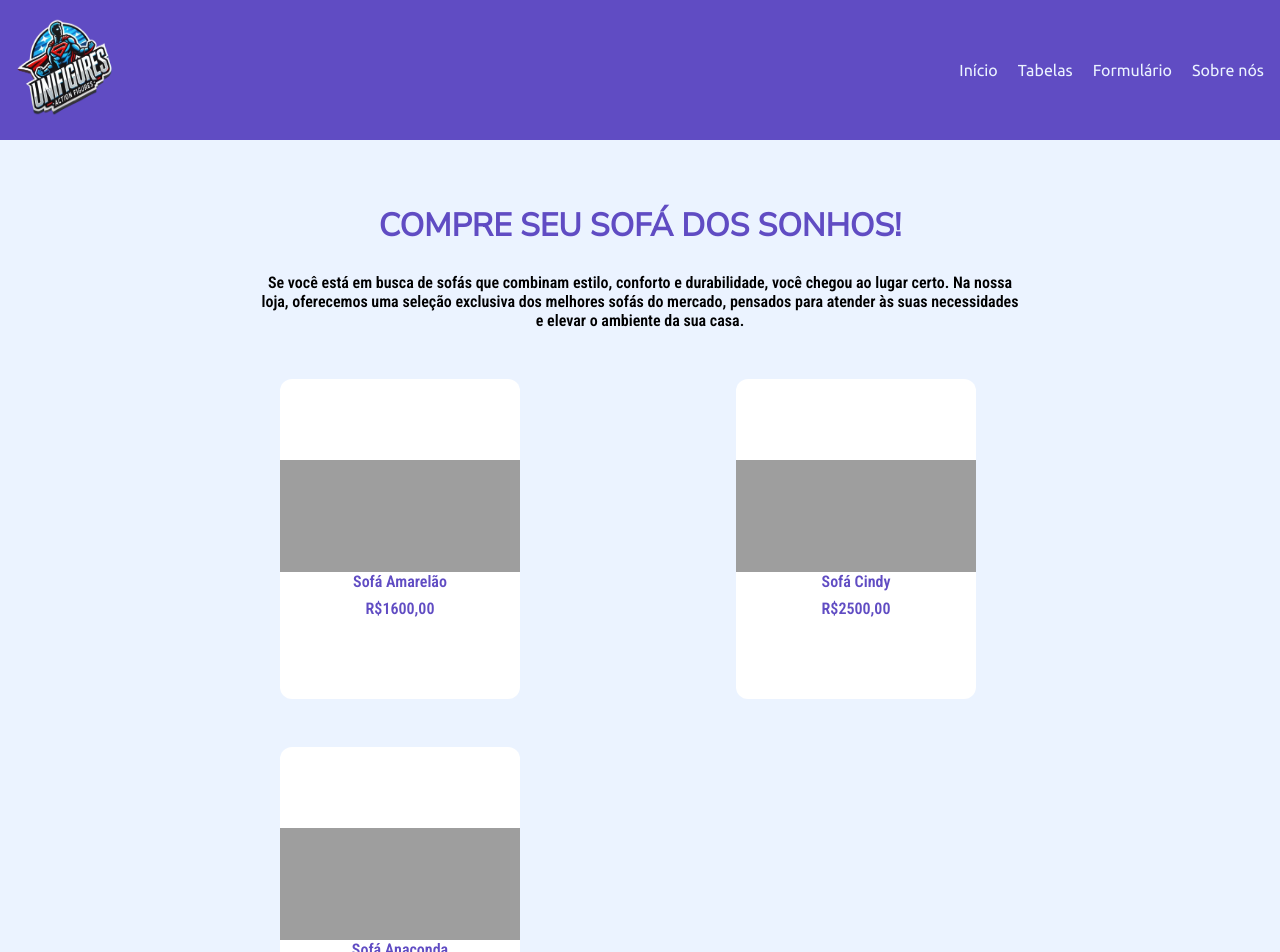
Repository: rafaelhaltarribaFacul/projeto-site
Page: home.html
These files come from the project's save history. The page is drawn as it stood at one moment and after the next save; the edit follows.
The browser window is 1280 px wide. The pictures show the part of the page from y = 0 to 952 px (the page is 1788 px tall).
Pictures or frames that could not be fetched are drawn as grey boxes. A picture or video elsewhere on the page could not be fetched, so the positions and the page height are approximate. Some web fonts or font styles are not loaded; a fallback is used.

Above is the page before, as saved 2024-09-19 20:27:32.

### home.html
<!DOCTYPE html>
<html lang="en">
  <head>
    <meta charset="UTF-8" />
    <meta name="viewport" content="width=device-width, initial-scale=1.0" />
    <link rel="stylesheet" href="css/home.css" />
    <title>UniFigures - A loja especialista em action figures!</title>
  </head>

  <body>
    <header class="cabecalho">
      <div class="cabecalho__logo">
        <a href="./home.html" class="link-logo" aria-label="Ir para a página inicial"><img src="assets/logo.png" alt=""></a>
      </div>
      <nav class="cabecalho__menu">
        <a class="menu" href="./home.html" aria-label="Ir para a página inicial">Início</a>
        <a class="menu" href="./produtos.html" aria-label="Ver tabelas de produtos">Tabelas</a>
        <a class="menu" href="./cadastro.html" aria-label="Ir para o formulário de contato">Formulário</a>
        <a class="menu" href="./sobre.html" aria-current="page" aria-label="Página atual: Sobre nós">Sobre nós</a>
      </nav>
    </header>

    <main>
      <div class="C-titulo">
        <div class="titulo">
          <h1>COMPRE SEU SOFÁ DOS SONHOS!</h1>
        </div>
        <p>
          Se você está em busca de sofás que combinam estilo, conforto e
          durabilidade, você chegou ao lugar certo. Na nossa loja, oferecemos uma
          seleção exclusiva dos melhores sofás do mercado, pensados para atender
          às suas necessidades e elevar o ambiente da sua casa.
        </p>
      </div>

      <div class="cart-items-container">
        <a href="produtos.html" aria-label="Ver detalhes do Sofá Amarelão">
          <div class="cart-item">
            <span class="itens-sofa">
              <img src="./img/amarelao.webp" alt="sofa amarelo" />
              <div class="content">
                <h3>Sofá Amarelão</h3>
                <div class="price">R$1600,00</div>
              </div>
            </span>
          </div>
        </a>
        <a href="produtos.html">
          <div class="cart-item">
            <span class="itens-sofa">
              <img src="./img/cindy.webp" alt="sofa marrom" />
              <div class="content">
                <h3>Sofá Cindy</h3>
                <div class="price">R$2500,00</div>
              </div>
            </span>
          </div>
        </a>
        <a href="produtos.html">
          <div class="cart-item">
            <span class="itens-sofa">
              <img src="./img/sofa-anaconda.webp" alt="sofa branco" />
              <div class="content">
                <h3>Sofá Anaconda</h3>
                <div class="price">R$3210,00</div>
              </div>
            </span>
          </div>
        </a>
      </div>
    </main>

    <footer class="rodape">
      <p class="rodape__links">
        Acesse nossas páginas nas redes sociais:
        <br />
      </p>
      <section class="icones__links">
        <a href="https://www.instagram.com/" rel="noopener noreferrer" aria-label="Siga-nos no Instagram">
          <img src="./img/icone-instagram.png" alt="Logo instagram" />
        </a>
        <a href="https://www.whatsapp.com/" rel="noopener noreferrer" aria-label="Entre em contato conosco pelo WhatsApp">
          <img src="./img/icone-whastapp.png" alt="Logo whatsapp" />
        </a>
        <a href="https://www.facebook.com/" rel="noopener noreferrer" aria-label="Siga-nos no Facebook">
          <img src="./img/icone-facebook.png" alt="Logo facebook" />
        </a>
        <a href="https://www.linkedin.com/" rel="noopener noreferrer" aria-label="Conecte-se conosco no LinkedIn">
          <img src="./img/icone-linkedin.png" alt="Logo linkedin" />
        </a>
      </section>
      <p class="rodape__paragrafo">
        <br />Copyright &copy; 2024 UniSofa. Todos os direitos reservados.<br />
        Endereço: Rodovia, SC-401, 3730 - Saco Grande, Florianópolis - SC,
        88032-005
      </p>
    </footer>
  </body>
</html>

### css/home.css
@import url("https://fonts.googleapis.com/css2?family=New+Amsterdam&display=swap");
@import url("https://fonts.googleapis.com/css2?family=Ubuntu&display=swap");
@import url("https://fonts.googleapis.com/css2?family=Nunito+Sans:opsz@6..12&family=Ubuntu&display=swap");
@import url("https://fonts.googleapis.com/css2?family=Nunito+Sans:opsz@6..12&family=Roboto+Condensed:wght@600&family=Ubuntu&display=swap");

:root {
    --cor-pricipal: #604CC3;
    --cor-secundaria: FF6600;
    --cor-terciaria: #99c2ff;
    --cor-quaternaria: #ebf3ff;
    --cor-quintenaria: #000001;


    --fonte-logo: "New Amsterdam", sans-serif;
    --fonte-principal: "Nunito Sans", sans-serif;
    --fonte-secundaria: "Roboto Condensed", sans-serif;
    --fonte-terciaria: "Ubuntu", sans-serif;

    font-size: 16px;
}

* {
    text-decoration: none;
    margin: 0;
    padding: 0;
    box-sizing: border-box;
}

body {
    background-color: var(--cor-quaternaria);
    color: var(--cor-quintenaria);
    font-family: var(--fonte-pricipal);
    margin: 0;
    padding: 0;
    min-height: 100vh;
    display: flex;
    flex-direction: column;
}

.cabecalho {
    display: flex;
    justify-content: space-between;
    align-items: center;
    padding: 1rem;
    flex-wrap: wrap;
    background-color: var(--cor-pricipal);
}

.cabecalho__logo {
    margin-bottom: 0.5rem;
}

.cabecalho__logo img {
    height: 100px;
    width: 100px;
    display: flex;
    flex-wrap: wrap;
    gap: 1rem;
}

.cabecalho__menu {
    display: flex;
    gap: 1rem;
    flex-wrap: wrap;
}

.link-logo {
    font-family: var(--fonte-logo);
    color: var(--cor-quaternaria);
    font-size: 3rem;
}

.cabecalho__menu {
    display: flex;
    gap: 1.25rem;
}

.menu {
    color: var(--cor-quaternaria);
    font-family: var(--fonte-terciaria);
}

.rodape {
    background-color: var(--cor-pricipal);
    color: var(--cor-quaternaria);
    text-align: center;
    padding: 1rem;
    margin-top: auto;
}

.icones__links {
    display: inline;
}

.rodape__paragrafo {
    margin-top: -15px;
}

@media (max-width: 768px) {
    .cabecalho {
        flex-direction: column;
        align-items: flex-start;
        padding: 1rem;
    }

    .cabecalho__menu {
        flex-direction: column;
        gap: 0.5rem;
        margin-top: 1rem;
    }

    .cart-items-container {
        gap: 2rem 6rem;
        width: 80vw;
        padding: 16px;
    }

    .cart-items-container .cart-item {
        width: 12rem;
    }
}

.cart-items-container {
    display: grid;
    grid-template-columns: repeat(auto-fit, minmax(200px, 1fr));
    gap: 3rem 12rem;
    width: 60vw;
    margin: auto;
    margin-top: 16px;
    background-color: var(--cor-quaternaria);
    padding: 24px;
}

.cart-items-container .cart-item {
    display: flex;
    align-items: center;
    width: 15rem;
    background-color: white;
    box-shadow: var(--cor-secundaria) 0.4em 0.4em 0.4em;
    height: 20rem;
    border-radius: 12px;
}

.cart-items-container .cart-item .itens-sofa {
    display: flex;
    flex-direction: column;
    font-size: 2rem;
    cursor: pointer;
    text-align: center;
    width: 15rem;
}

.cart-items-container .cart-item .itens-sofa:hover {
    color: var(--cor-pricipal);
}

.cart-items-container .cart-item img {
    height: 7rem;
    width: 15rem;
}

.cart-items-container .cart-item .content h3 {
    font-size: 1rem;
    color: var(--cor-pricipal);
    font-family: var(--fonte-secundaria);
    padding-bottom: .5rem;
}

.cart-items-container .cart-item .content .price {
    font-size: 1rem;
    color: var(--cor-pricipal);
    font-family: var(--fonte-secundaria);
}

.titulo {
    font-family: var(--fonte-principal);
    text-align: center;
    color: var(--cor-pricipal);
    text-shadow: var(--cor-secundaria) 0.4em 0.2em 0.4em;
    margin-top: 5%;
    margin-bottom: 2%;
}

.C-titulo p {
    font-family: var(--fonte-secundaria);
    color: var(--cor-quintenaria);
    text-align: center;
    margin: auto;
    width: 60vw;
    margin-bottom: 2%;
}

@media screen and (max-width: 480px) {
    .cabecalho__menu {
        flex-direction: column;
        align-items: flex-start;
    }
}

After the next save:
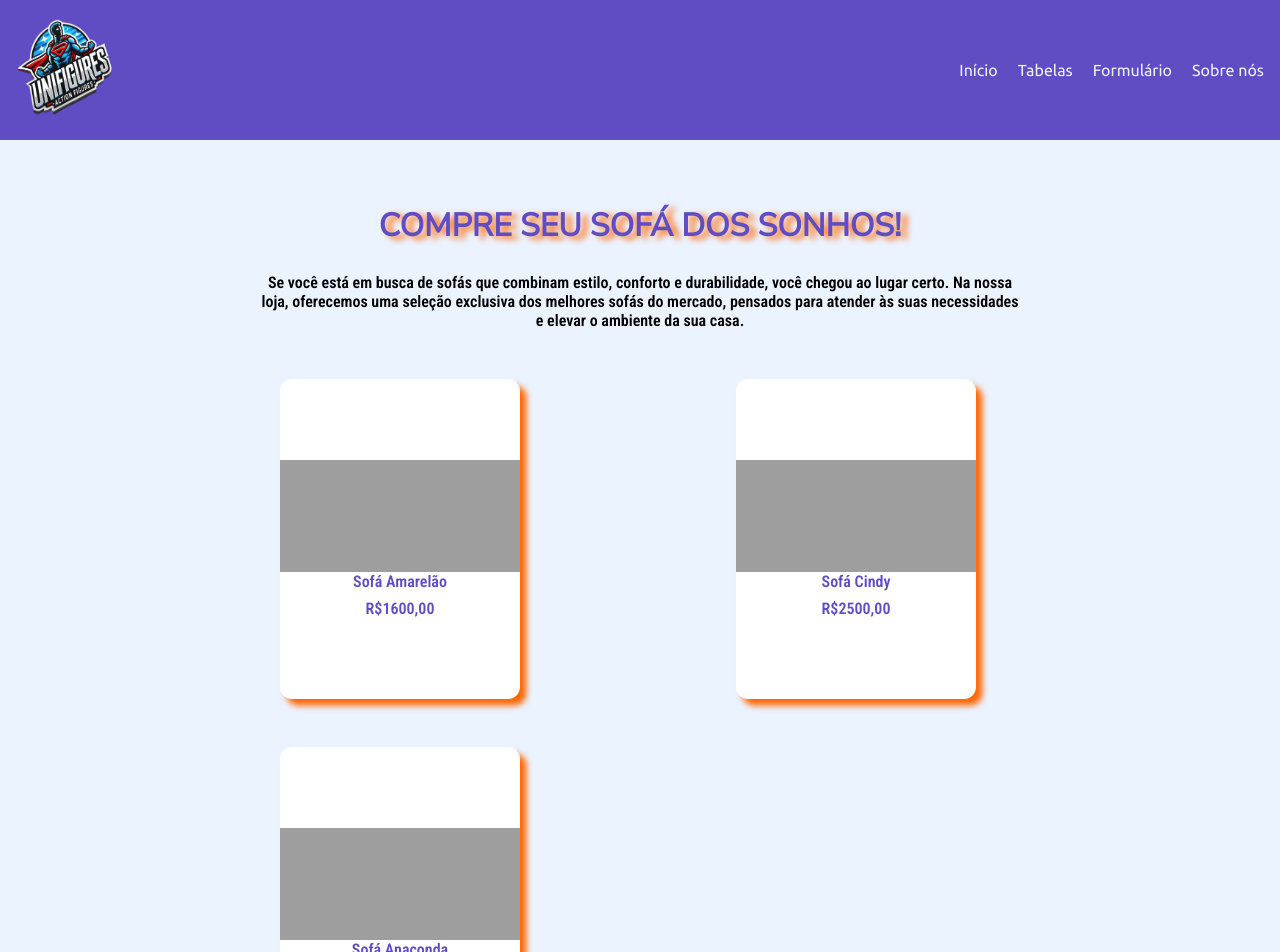
Saved 5 s later.
--- a/css/home.css
+++ b/css/home.css
@@ -5,7 +5,7 @@
 
 :root {
     --cor-pricipal: #604CC3;
-    --cor-secundaria: FF6600;
+    --cor-secundaria: #FF6600;
     --cor-terciaria: #99c2ff;
     --cor-quaternaria: #ebf3ff;
     --cor-quintenaria: #000001;
